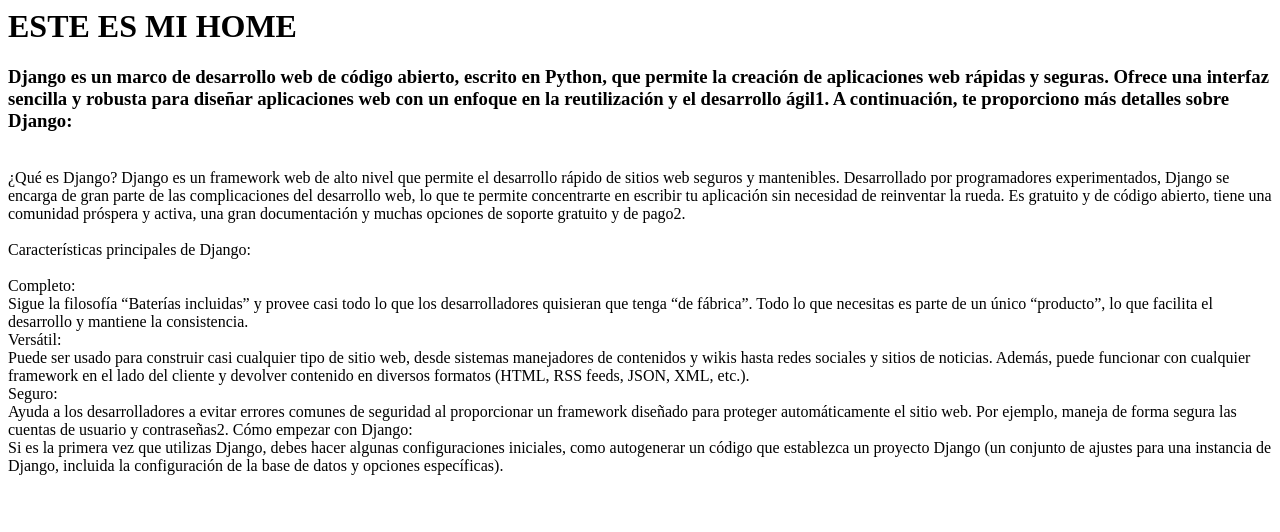
Repository: profe-ggarrido/desaf-aplic-web-python
Page: http://localhost/
These files come from the project's save history. The page is drawn as it stood at one moment and after the next save; the edit follows.
The browser window is 1280 px wide. The pictures show the whole page.
The page is served by the project's application, run on Django 4.2 (pro_alfa/manage.py). Other server files are loaded and not shown.

Above is the page before, as saved 2024-04-30 13:38:31.

### pro_alfa/mascotasApp/views.py
from django.shortcuts import render

#Se debe importar la libreria HttpResponse
from django.http import HttpResponse


def home(request):
    return HttpResponse(
        """
        <h1>ESTE ES MI HOME</h1>
        <h3>Django es un marco de desarrollo web de código abierto, escrito en Python, que permite la creación de aplicaciones web rápidas y seguras. Ofrece una interfaz sencilla y robusta para diseñar aplicaciones web con un enfoque en la reutilización y el desarrollo ágil1. A continuación, te proporciono más detalles sobre Django:</h3><br>

¿Qué es Django?
Django es un framework web de alto nivel que permite el desarrollo rápido de sitios web seguros y mantenibles.
Desarrollado por programadores experimentados, Django se encarga de gran parte de las complicaciones del desarrollo web, lo que te permite concentrarte en escribir tu aplicación sin necesidad de reinventar la rueda.
Es gratuito y de código abierto, tiene una comunidad próspera y activa, una gran documentación y muchas opciones de soporte gratuito y de pago2.<br><br>
Características principales de Django:<br><br>
Completo: <br>Sigue la filosofía “Baterías incluidas” y provee casi todo lo que los desarrolladores quisieran que tenga “de fábrica”. Todo lo que necesitas es parte de un único “producto”, lo que facilita el desarrollo y mantiene la consistencia.<br>
Versátil: <br>Puede ser usado para construir casi cualquier tipo de sitio web, desde sistemas manejadores de contenidos y wikis hasta redes sociales y sitios de noticias. Además, puede funcionar con cualquier framework en el lado del cliente y devolver contenido en diversos formatos (HTML, RSS feeds, JSON, XML, etc.).<br>
Seguro: <br>Ayuda a los desarrolladores a evitar errores comunes de seguridad al proporcionar un framework diseñado para proteger automáticamente el sitio web. Por ejemplo, maneja de forma segura las cuentas de usuario y contraseñas2.
Cómo empezar con Django:<br>
Si es la primera vez que utilizas Django, debes hacer algunas configuraciones iniciales, como autogenerar un código que establezca un proyecto Django (un conjunto de ajustes para una instancia de Django, incluida la configuración de la base de datos y opciones específicas).

    """
    )

def about(request):
    return HttpResponse("""
            <p>Lorem ipsum dolor sit amet consectetur, adipisicing elit. Cum laboriosam numquam consequatur,
            placeat natus voluptas dolorum, fugit excepturi rerum aliquid possimus at facilis laborum s
            ed? Vitae temporibus officia quos fuga.</p>

            """)


def contacto(request):
    return HttpResponse("""
        <!DOCTYPE html>
<html lang="es">
<head>
    <meta charset="UTF-8">
    <meta name="viewport" content="width=device-width, initial-scale=1.0">
    <title>Formulario de Contacto</title>
</head>
<body>
    <h2>Formulario de Contacto</h2>
    <form action="#" method="POST">
        <div>
            <label for="nombre">Nombre:</label>
            <input type="text" id="nombre" name="nombre" required>
        </div>
        <div>
            <label for="email">Correo Electrónico:</label>
            <input type="email" id="email" name="email" required>
        </div>
        <div>
            <label for="comentario">Comentario:</label>
            <textarea id="comentario" name="comentario" rows="4" required></textarea>
        </div>
        <div>
            <button type="submit">Enviar</button>
        </div>
    </form>
</body>
</html>

        """
                        )

### pro_alfa/pro_alfa/urls.py
"""
URL configuration for pro_alfa project.

The `urlpatterns` list routes URLs to views. For more information please see:
    https://docs.djangoproject.com/en/4.2/topics/http/urls/
Examples:
Function views
    1. Add an import:  from my_app import views
    2. Add a URL to urlpatterns:  path('', views.home, name='home')
Class-based views
    1. Add an import:  from other_app.views import Home
    2. Add a URL to urlpatterns:  path('', Home.as_view(), name='home')
Including another URLconf
    1. Import the include() function: from django.urls import include, path
    2. Add a URL to urlpatterns:  path('blog/', include('blog.urls'))
"""
from django.contrib import admin
from django.urls import path

from mascotasApp.views import home
from mascotasApp.views import about
from mascotasApp.views import contacto


urlpatterns = [
    path('admin/', admin.site.urls),

    path("",home),
    path("about/",about),
    path("contacto/",contacto)
]

After the next save:
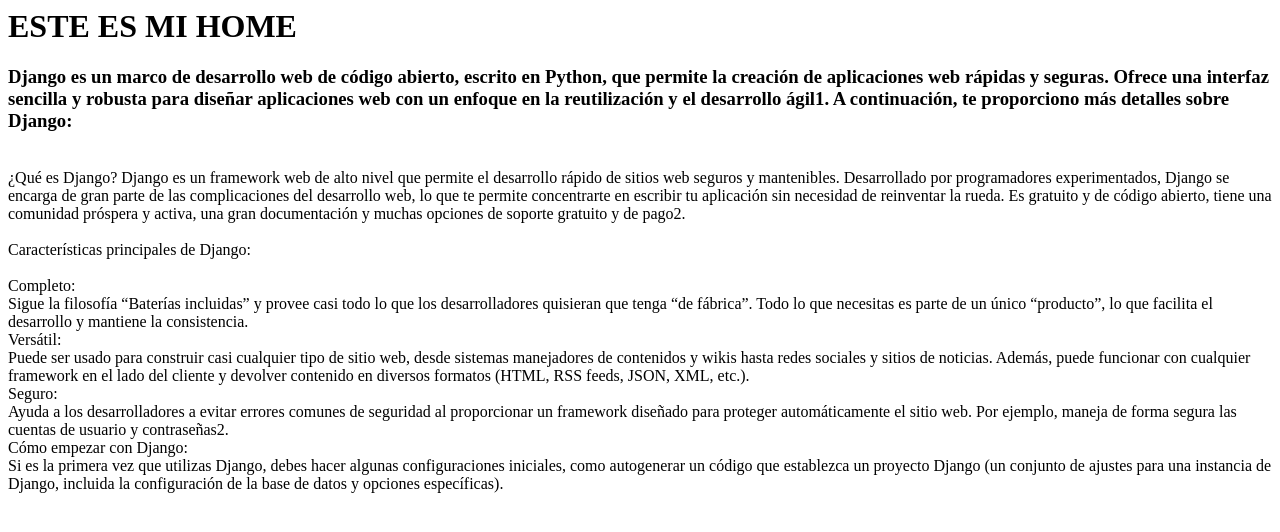
Saved 43 s later.
--- a/pro_alfa/mascotasApp/views.py
+++ b/pro_alfa/mascotasApp/views.py
@@ -17,7 +17,7 @@
 Características principales de Django:<br><br>
 Completo: <br>Sigue la filosofía “Baterías incluidas” y provee casi todo lo que los desarrolladores quisieran que tenga “de fábrica”. Todo lo que necesitas es parte de un único “producto”, lo que facilita el desarrollo y mantiene la consistencia.<br>
 Versátil: <br>Puede ser usado para construir casi cualquier tipo de sitio web, desde sistemas manejadores de contenidos y wikis hasta redes sociales y sitios de noticias. Además, puede funcionar con cualquier framework en el lado del cliente y devolver contenido en diversos formatos (HTML, RSS feeds, JSON, XML, etc.).<br>
-Seguro: <br>Ayuda a los desarrolladores a evitar errores comunes de seguridad al proporcionar un framework diseñado para proteger automáticamente el sitio web. Por ejemplo, maneja de forma segura las cuentas de usuario y contraseñas2.
+Seguro: <br>Ayuda a los desarrolladores a evitar errores comunes de seguridad al proporcionar un framework diseñado para proteger automáticamente el sitio web. Por ejemplo, maneja de forma segura las cuentas de usuario y contraseñas2.<br>
 Cómo empezar con Django:<br>
 Si es la primera vez que utilizas Django, debes hacer algunas configuraciones iniciales, como autogenerar un código que establezca un proyecto Django (un conjunto de ajustes para una instancia de Django, incluida la configuración de la base de datos y opciones específicas).
 
